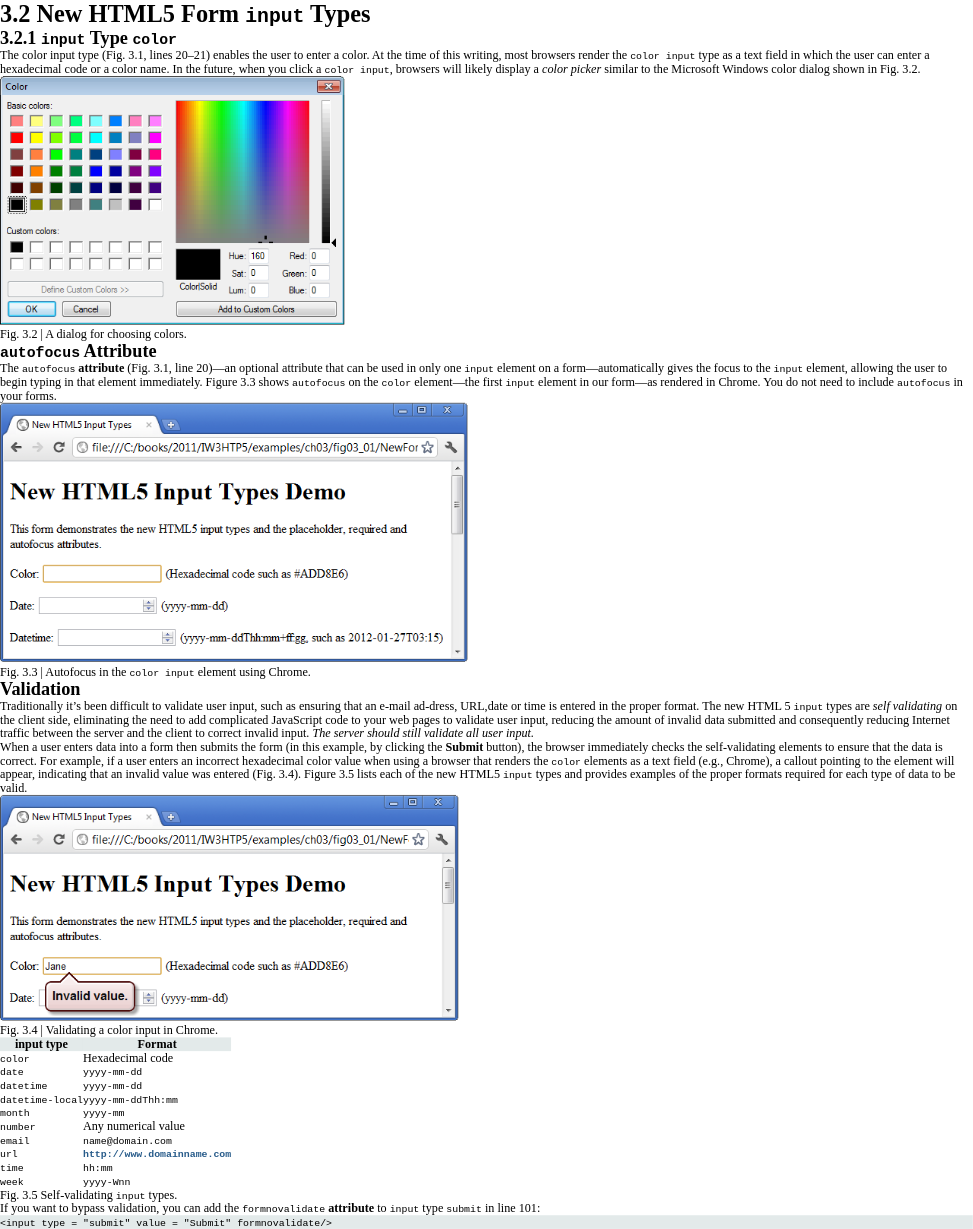
Repository: mlmEFSC21/P4-Textbook-Copy
Page: index.html
The author's editor kept a copy of each file at every save. The page is drawn from the files as they stood at one save, then again after the next save.
The browser window is 1280 px wide. The pictures show the whole page, at 76% of full size.

Above is the page before, as saved 2022-02-03 15:34:15.

### index.html
<!DOCTYPE html>
<html lang="en">
    <head>
        <meta charset="UTF-8" />
        <meta http-equiv="X-UA-Compatible" content="IE=edge" />
        <meta name="viewport" content="width=device-width, initial-scale=1.0" />
        <link rel="stylesheet" href="bookStyles.css" />
        <title>Laying Out Book Pages</title>
    </head>
    <header>
        <h1>3.2 New HTML5 Form <code>input</code> Types</h1>
    </header>
    <body>
        <section class="color-input-type">
            <header>
                <h2>3.2.1 <code>input</code> Type <code>color</code></h2>
            </header>
            <p>
                The color input type (Fig. 3.1, lines 20–21) enables the user to enter a color. At
                the time of this writing, most browsers render the <code>color input</code> type as
                a text field in which the user can enter a hexadecimal code or a color name. In the
                future, when you click a <code>color input</code>, browsers will likely display a
                <em>color picker</em> similar to the Microsoft Windows color dialog shown in Fig.
                3.2.
            </p>
            <figure>
                <img src="images\OperaColorInput.png" alt="Microsoft Windows color dialog" />
                <figcaption>Fig. 3.2 | A dialog for choosing colors.</figcaption>
            </figure>
        </section>
        <section class="autofocus-attribute">
            <header>
                <h2><code>autofocus</code> Attribute</h2>
            </header>
            <p>
                The <code>autofocus</code> <strong>attribute</strong> (Fig. 3.1, line 20)—an
                optional attribute that can be used in only one <code>input</code> element on a
                form—automatically gives the focus to the <code>input</code> element, allowing the
                user to begin typing in that element immediately. Figure 3.3 shows
                <code>autofocus</code> on the <code>color</code> element—the first
                <code>input</code> element in our form—as rendered in Chrome. You do not need to
                include <code>autofocus</code> in your forms.
            </p>
            <figure>
                <img
                    src="images\Autofocus.png"
                    alt="web page demo of autofocus on a color input field"
                />
                <figcaption>
                    Fig. 3.3 | Autofocus in the <code>color input</code> element using Chrome.
                </figcaption>
            </figure>
        </section>
        <section class="input-validation">
            <header>
                <h2>Validation</h2>
            </header>
            <p>
                Traditionally it’s been difficult to validate user input, such as ensuring that an
                e-mail ad-dress, URL,date or time is entered in the proper format. The new HTML 5
                <code>input</code> types are <em>self validating</em> on the client side,
                eliminating the need to add complicated JavaScript code to your web pages to
                validate user input, reducing the amount of invalid data submitted and consequently
                reducing Internet traffic between the server and the client to correct invalid
                input. <em>The server should still validate all user input.</em>
            </p>
            <p>
                When a user enters data into a form then submits the form (in this example, by
                clicking the <strong>Submit</strong> button), the browser immediately checks the
                self-validating elements to ensure that the data is correct. For example, if a user
                enters an incorrect hexadecimal color value when using a browser that renders the
                <code>color</code> elements as a text field (e.g., Chrome), a callout pointing to
                the element will appear, indicating that an invalid value was entered (Fig. 3.4).
                Figure 3.5 lists each of the new HTML5 <code>input</code> types and provides
                examples of the proper formats required for each type of data to be valid.
            </p>
            <figure>
                <img
                    src="images\SelfValidationChrome.png"
                    alt="web page demo of validation preventing a non color input into a color input field"
                />
                <figcaption>Fig. 3.4 | Validating a color input in Chrome.</figcaption>
            </figure>
        </section>
        <section class="self-validating-types">
            <figure>
                <table class="validation-table">
                    <thead>
                        <th>input type</th>
                        <th>Format</th>
                    </thead>
                    <tr>
                        <td><code>color</code></td>
                        <td>Hexadecimal code</td>
                    </tr>
                    <tr>
                        <td><code>date</code></td>
                        <td><code>yyyy-mm-dd</code></td>
                    </tr>
                    <tr>
                        <td><code>datetime</code></td>
                        <td><code>yyyy-mm-dd</code></td>
                    </tr>
                    <tr>
                        <td><code>datetime-local</code></td>
                        <td><code>yyyy-mm-ddThh:mm</code></td>
                    </tr>
                    <tr>
                        <td><code>month</code></td>
                        <td><code>yyyy-mm</code></td>
                    </tr>
                    <tr>
                        <td><code>number</code></td>
                        <td>Any numerical value</td>
                    </tr>
                    <tr>
                        <td><code>email</code></td>
                        <td><code>name@domain.com</code></td>
                    </tr>
                    <tr>
                        <td><code>url</code></td>
                        <td>
                            <a href="http://www.domainname.com"
                                ><code>http://www.domainname.com</code></a
                            >
                        </td>
                    </tr>
                    <tr>
                        <td><code>time</code></td>
                        <td><code>hh:mm</code></td>
                    </tr>
                    <tr>
                        <td><code>week</code></td>
                        <td><code>yyyy-Wnn</code></td>
                    </tr>
                </table>
                <figcaption>Fig. 3.5 Self-validating <code>input</code> types.</figcaption>
            </figure>
            <aside>
                <p>
                    If you want to bypass validation, you can add the <code>formnovalidate</code>
                    <strong>attribute</strong> to <code>input</code> type <code>submit</code> in
                    line 101:
                </p>
                <div class="form-no-val">
                    <code>&lt;input type = "submit" value = "Submit" formnovalidate/&gt;</code>
                </div>
            </aside>
        </section>
    </body>
</html>

### bookStyles.css
:root {
    --clr-prime: #;
    --clr-background-accent: rgba(70, 114, 115, 0.15);
    --clr-font-links: #275b8a;
    --clr-font-prime: black;
    --clr-font-code: #446256;
    --clr-font-figcap: darkgrey;
    --clr-background: white;
}
*,
*::before,
*::after {
    margin: 0;
    padding: 0;
    box-sizing: border-box;
}
body {
    background-color: var(--clr-background);
    color: var(--clr-font-prime);
}
table {
    border-collapse: collapse;
}
a {
    color: var(--clr-font-links);
    text-decoration: none;
    font-weight: 700;
    cursor: pointer;
}
th,
div {
    background-color: rgba(70, 114, 115, 0.15);
}

After the next save:
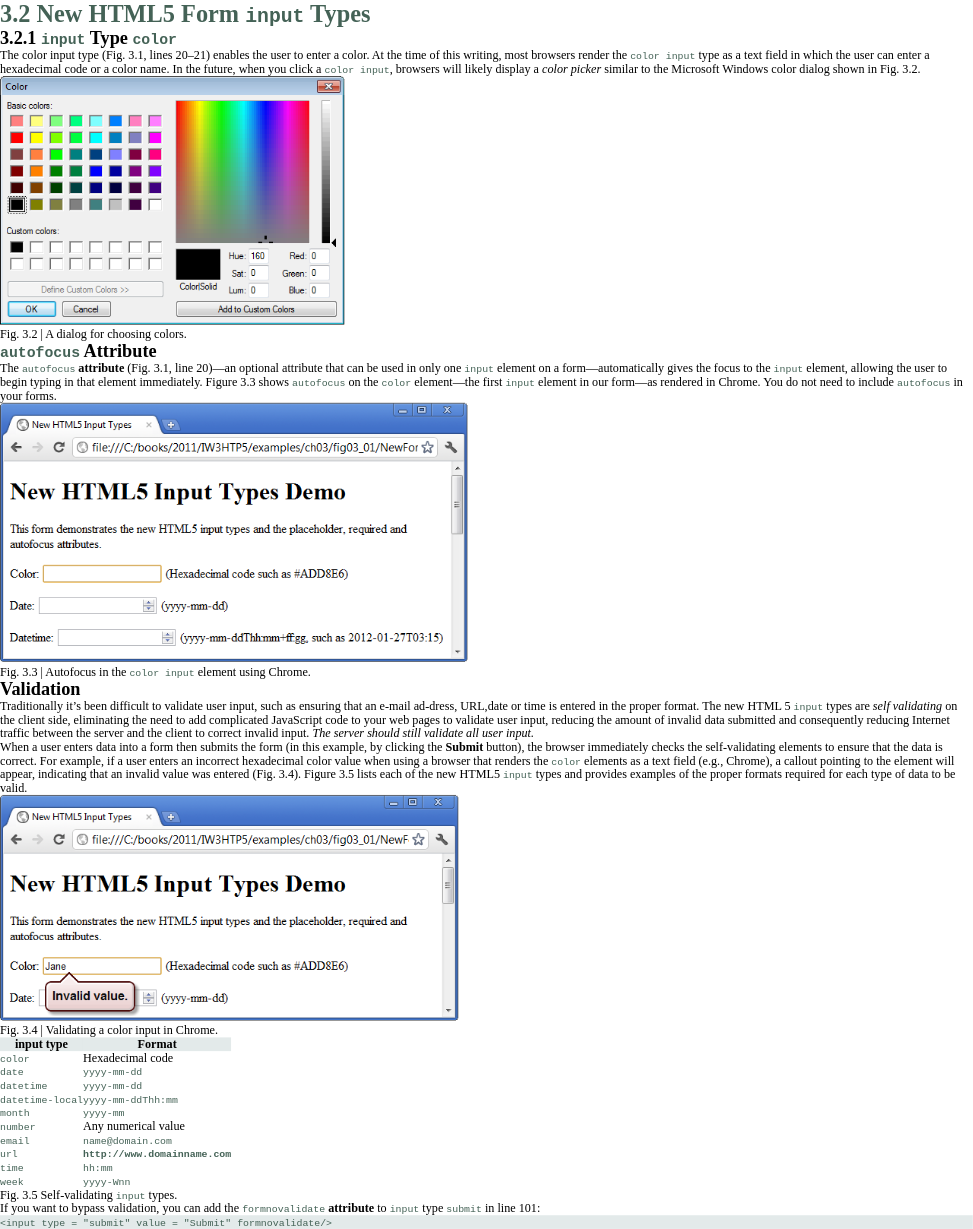
Saved 2 min 16 s later.
--- a/bookStyles.css
+++ b/bookStyles.css
@@ -18,6 +18,10 @@ body {
     background-color: var(--clr-background);
     color: var(--clr-font-prime);
 }
+code,
+h1 {
+    color: var(--clr-font-code);
+}
 table {
     border-collapse: collapse;
 }
